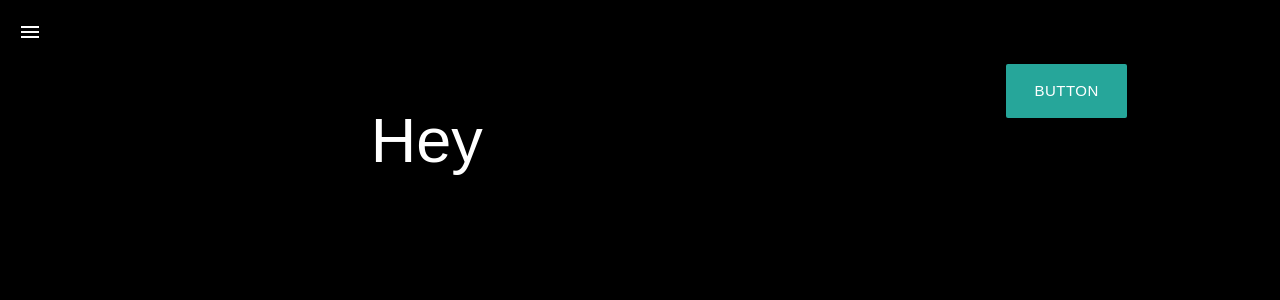
Repository: Ajtheult/final-project
Page: /cart
An editor plug-in stored every save of this project. The page is shown before and after the next save, followed by the edit.
The browser window is 1280 px wide. The pictures show the whole page.
Some web fonts or font styles are not loaded; a fallback is used. Some web libraries are served in a nearby version. The project was rebuilt for these pictures with package versions that can differ from the ones it lists, and the page was loaded fresh each time. Also part of the build but not shown: src/layout/pages/LandingPage.js, src/layout/pages/About.js, src/layout/pages/catalogue/Keys.js, src/layout/pages/catalogue/String.js, src/layout/pages/catalogue/Woodwind.js, src/layout/pages/catalogue/Percussion.js, src/layout/pages/login/Login.js, src/layout/pages/login/NewSignUp.js.

Above is the page before, as saved 2020-07-23 10:31:37.

### public/index.html
<!DOCTYPE html>
<html lang="en">
  <head>
    <meta charset="utf-8" />
    <link rel="icon" type="image/png" href="favicon.png" />
    <meta name="viewport" content="width=device-width, initial-scale=1" />
    <meta name="theme-color" content="#000000" />
    <meta
      name="description"
      content="Web site created using create-react-app"
    />

    <link rel="manifest" href="%PUBLIC_URL%/manifest.json" />

    <link
      rel="stylesheet"
      href="https://fonts.googleapis.com/icon?family=Material+Icons"
    />
    <link
      rel="stylesheet"
      href="https://cdnjs.cloudflare.com/ajax/libs/animate.css/4.0.0/animate.min.css"
    />
    <link
      href="https://fonts.googleapis.com/css2?family=Gruppo&family=Qwigley&display=swap"
      rel="stylesheet"
    />

    <title>Ling Ling 40 Hours</title>
  </head>
  <body>
    <noscript>You need to enable JavaScript to run this app.</noscript>
    <div id="root"></div>
  </body>
</html>

### src/index.js
import React from "react";
import ReactDOM from "react-dom";

import "materialize-css/dist/css/materialize.min.css";

import App from "./App";

ReactDOM.render(
  <React.StrictMode>
    <App />
  </React.StrictMode>,
  document.getElementById("root")
);

### src/App.js
import React from "react";
import "./App.css";
import Navbar from "./layout/nav/Navbar";
import LandingPage from "./layout/pages/LandingPage";
import About from "./layout/pages/About";
import Keys from "./layout/pages/catalogue/Keys";
import String from "./layout/pages/catalogue/String";
import Woodwind from "./layout/pages/catalogue/Woodwind";
import Percussion from "./layout/pages/catalogue/Percussion";
import Login from "./layout/pages/login/Login";
import Cart from "./layout/pages/Cart";
import NewSignUp from "./layout/pages/login/NewSignUp";

import { BrowserRouter as Router, Switch, Route } from "react-router-dom";

function App() {
  return (
    <Router>
      <div className="App">
        <Navbar />
        <Switch>
          <Route path="/" exact component={LandingPage} />
          <Route path="/about" component={About} />
          <Route path="/login" component={Login} />
          <Route path="/cart" component={Cart} />
          <Route path="/keys" component={Keys} />
          <Route path="/string" component={String} />
          <Route path="/woodwind" component={Woodwind} />
          <Route path="/percussion" component={Percussion} />
          <Route path="/new-sign-up" component={NewSignUp} />
        </Switch>
      </div>
    </Router>
  );
}

export default App;

### src/App.css
.App {
  text-align: center;
}

/* The text colour is white thats why its not showing */

.text-nav {
  margin-left: 55%;
  font-size: 25px;
}

.a-text-nav {
  font-size: 25px;
}

.size {
  font-size: 30px;
}

img.bg {
  /* Set rules to fill background */
  min-height: 100%;
  min-width: 1024px;

  /* Set up proportionate scaling */
  width: 100%;
  height: auto;

  /* Set up positioning */
  position: fixed;
  top: 0;
  left: 0;
  z-index: -1;
}

div.admin-bg {
  /* Set rules to fill background */
  min-height: 100%;
  min-width: 1024px;

  /* Set up proportionate scaling */
  width: 100%;
  height: auto;

  /* Set up positioning */
  position: fixed;
  top: 0;
  left: 0;
  z-index: -1;
  background-color: black;
}

@media screen and (max-width: 1024px) {
  /* Specific to this particular image */
  img.bg {
    left: 50%;
    margin-left: -512px; /* 50% */
  }

  div.admin-bg {
    left: 50%;
    margin-left: -512px; /* 50% */
  }
}

h1,
h2,
h3,
h4,
h5,
h6,
p {
  color: white;
}

.myback {
  height: 220px;
  width: 300px;
}

.centered {
  position: absolute;
  top: 40%;
  left: 50%;
  transform: translate(-50%, -50%);
  font-size: 140px;
  font-family: "Qwigley", cursive;
  color: rgb(255, 255, 255);
}
/* Login-Start */
body {
  font-family: sans-serif;
  background-color: black;
  background-size: cover;
}

.sign {
  text-align: left;
  margin-left: 20px;
  font-size: 22px;
  font-family: serif;
  color: black;
}
.my_login-box {
  width: 300px;
  position: absolute;
  top: 50%;
  left: 50%;
  transform: translate(-50%, -50%);
}

.my_login-box h1 {
  font-size: 30px;
  margin-bottom: 30px;
  padding: 5px;
  font-family: Times, serif;
  color: black;
}

.my_textbox {
  width: 100%;
  overflow: hidden;
  font-size: 20px;
  padding: 8px;
  margin: 8px;
}

.my_textbox input {
  border: none;
  outline: none;
  background: none;
  color: white;
  font-size: 18px;
  width: 80%;
  float: left;
  margin: 0 10px;
}

.my_btn {
  width: 100%;
  background-color: black;
  border: 10px solid black;
  color: rgb(255, 255, 255);
  padding: 5px;
  font-size: 18px;
  cursor: pointer;
  margin: 12px;
}
/* Login-End */

.colour_of_about_text {
  color: white;
  font-size: 30px;
}

.text-colour {
  color: black;
}

.move_down {
  margin-top: 50%;
}

.card_text_colour {
  color: black;
  font-size: 18px;
  text-align: left;
}

.price {
  margin-top: -10px;
  text-align: left;
}

.cart-btn {
  margin-top: 10px;
}

.headings_popup {
  text-align: left;
}

.instrument_sections {
  color: black;
  font-family: "Qwigley", cursive;
  font-size: 80px;
  margin-top: -5px;
  text-shadow: 2px 0 0 #fff, -2px 0 0 #fff, 0 2px 0 #fff, 0 -2px 0 #fff,
    1px 1px #fff, -1px -1px 0 #fff, 1px -1px 0 #fff, -1px 1px 0 #fff;
}

.about {
  font-family: "Qwigley", cursive;
  font-size: 180px;
  color: black;
  text-shadow: 2px 0 0 #fff, -2px 0 0 #fff, 0 2px 0 #fff, 0 -2px 0 #fff,
    1px 1px #fff, -1px -1px 0 #fff, 1px -1px 0 #fff, -1px 1px 0 #fff;
}

.questions {
  font-family: "Gruppo", cursive;
}

.move_this_up {
  margin-top: -10px;
}

.move_my_products {
  margin-top: -70px;
}

.about_us_move {
  margin-left: 50%;
  margin-top: 19%;
  position: absolute;
  padding: 20px;
  transform: translate(-50%, -50%);
}

.gender_colour {
  color: black;
}

.the_container {
  width: 50%;
}

.move_this_row {
  margin-top: -80px;
}

.sign_up_head {
  font-family: "Qwigley", cursive;
  font-size: 100px;
  color: black;
  text-shadow: 2px 0 0 #fff, -2px 0 0 #fff, 0 2px 0 #fff, 0 -2px 0 #fff,
    1px 1px #fff, -1px -1px 0 #fff, 1px -1px 0 #fff, -1px 1px 0 #fff;
}

### src/layout/nav/Navbar.js
/* eslint-disable jsx-a11y/anchor-is-valid */
import React, { Component } from "react";
import M from "materialize-css/dist/js/materialize.min.js";
import "../../App.css";
import logo from "./logo.jpg";
import mybackground from "./mybackground.jpg";
import { Link } from "react-router-dom";

export class Navbar extends Component {
  componentDidMount() {
    document.addEventListener("DOMContentLoaded", function () {
      var elems = document.querySelectorAll(".sidenav");
      // eslint-disable-next-line
      var instances = M.Sidenav.init(elems, {});
    });
  }

  render() {
    return (
      <div>
        <nav>
          <div className="nav-wrapper black">
            <a
              data-target="slide-out"
              className="sidenav-trigger show-on-large"
            >
              <i className="material-icons">menu</i>
            </a>
          </div>
        </nav>
        <ul id="slide-out" className="sidenav">
          <li>
            <div className="user-view">
              <div className="background">
                <img src={mybackground} className="myback" alt="background" />
              </div>
              <a href="/">
                <img className="circle" src={logo} alt="logo" />
              </a>

              <span className="white-text name size">40 hours</span>
              <br />
            </div>
          </li>
          <Link to="/">
            <li>Home</li>
          </Link>
          <Link to="/about">
            <li>About Us</li>
          </Link>
          <li>
            <div className="divider"></div>
          </li>

          <li>
            <div className="subheader">User</div>
          </li>

          <Link to="/login">
            <li>Login</li>
          </Link>
          <Link to="/new-sign-up">
            <li>Sign up</li>
          </Link>

          <Link to="/cart">
            <li>Cart</li>
          </Link>
          <li>
            <div className="divider"></div>
          </li>

          <li>
            <div className="subheader">Catalogue</div>
          </li>

          <Link to="/keys">
            <li>Keys</li>
          </Link>
          <Link to="/string">
            <li>String</li>
          </Link>
          <Link to="/woodwind">
            <li>Woodwind</li>
          </Link>
          <Link to="/percussion">
            <li>Percussion</li>
          </Link>
          <li>
            <div className="divider"></div>
          </li>
          <li>
            <div className="subheader">My Portfolio</div>
          </li>
          <li>
            <a
              className="waves-effect"
              href="https://ajtheult.github.io/portfolio-v3/"
            >
              Asaph Franks
            </a>
          </li>
        </ul>
      </div>
    );
  }
}

export default Navbar;

### src/layout/pages/Cart.js
import React from "react";
import "../../App.css";

const Cart = () => {
  return (
    <div>
      <div class="row">
        <div class="col s8">
          <h1>Hey</h1>
        </div>

        <div class="col s4">
          <a class="waves-effect waves-light btn-large" href="#h">
            Button
          </a>
        </div>
      </div>
    </div>
  );
};

export default Cart;

After the next save:
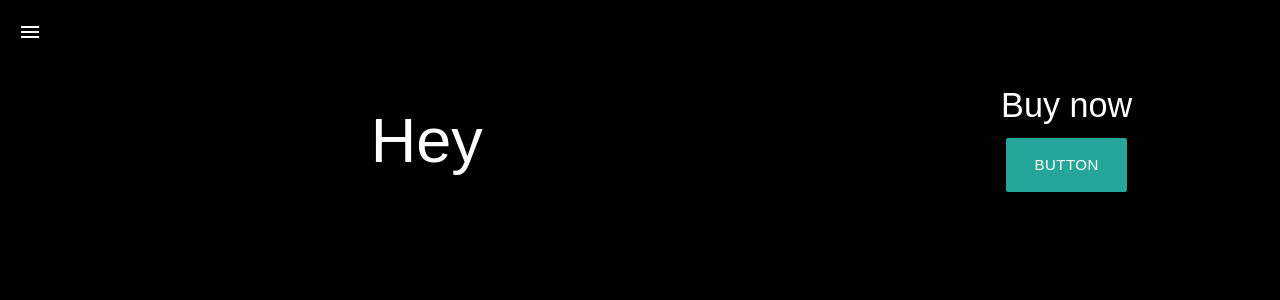
Saved 23 s later.
--- a/src/layout/pages/Cart.js
+++ b/src/layout/pages/Cart.js
@@ -10,6 +10,7 @@ const Cart = () => {
         </div>
 
         <div class="col s4">
+          <h4>Buy now</h4>
           <a class="waves-effect waves-light btn-large" href="#h">
             Button
           </a>
